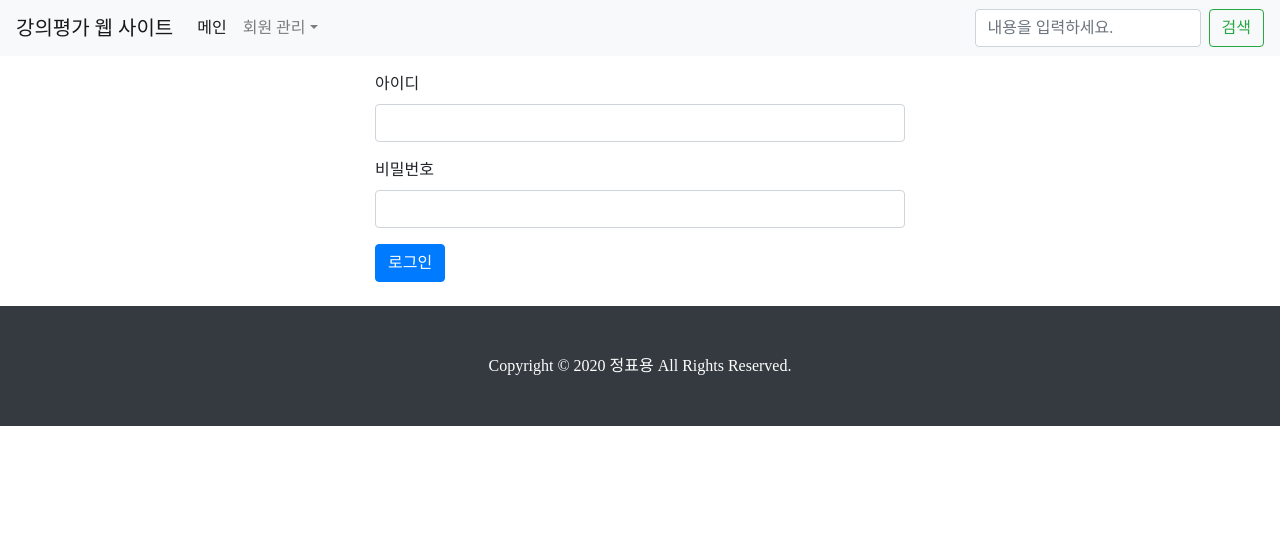
Repository: sur2/JSP-Lecture-Evaluation
Page: http://localhost/Lecture_Evaluation/userJoin.jsp
The author's editor kept a copy of each file at every save. The page is drawn from the files as they stood at one save, then again after the next save.
The browser window is 1280 px wide. The pictures show the whole page.
Some web fonts or font styles are not loaded; a fallback is used. The page is served by Tomcat 9.

Above is the page before, as saved 2020-01-08 06:00:09.

After the next save:
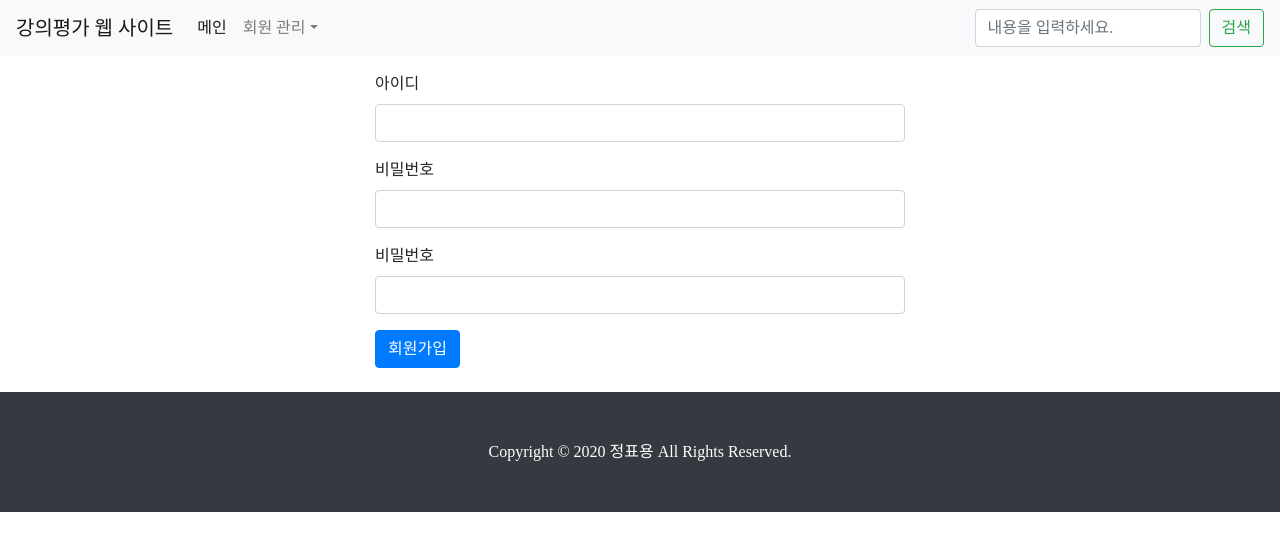
Saved 16 min 19 s later.
--- a/Lecture Evaluation/WebContent/userJoin.jsp
+++ b/Lecture Evaluation/WebContent/userJoin.jsp
@@ -49,7 +49,11 @@
 				<label>비밀번호</label>
 				<input type="password" name="userPassword" class="form-control">
 			</div>
-			<button type="submit" class="btn btn-primary">로그인</button>
+			<div class="form-group">
+				<label>비밀번호</label>
+				<input type="password" name="userPassword" class="form-control">
+			</div>
+			<button type="submit" class="btn btn-primary">회원가입</button>
 		</form>
 	</section>
 
